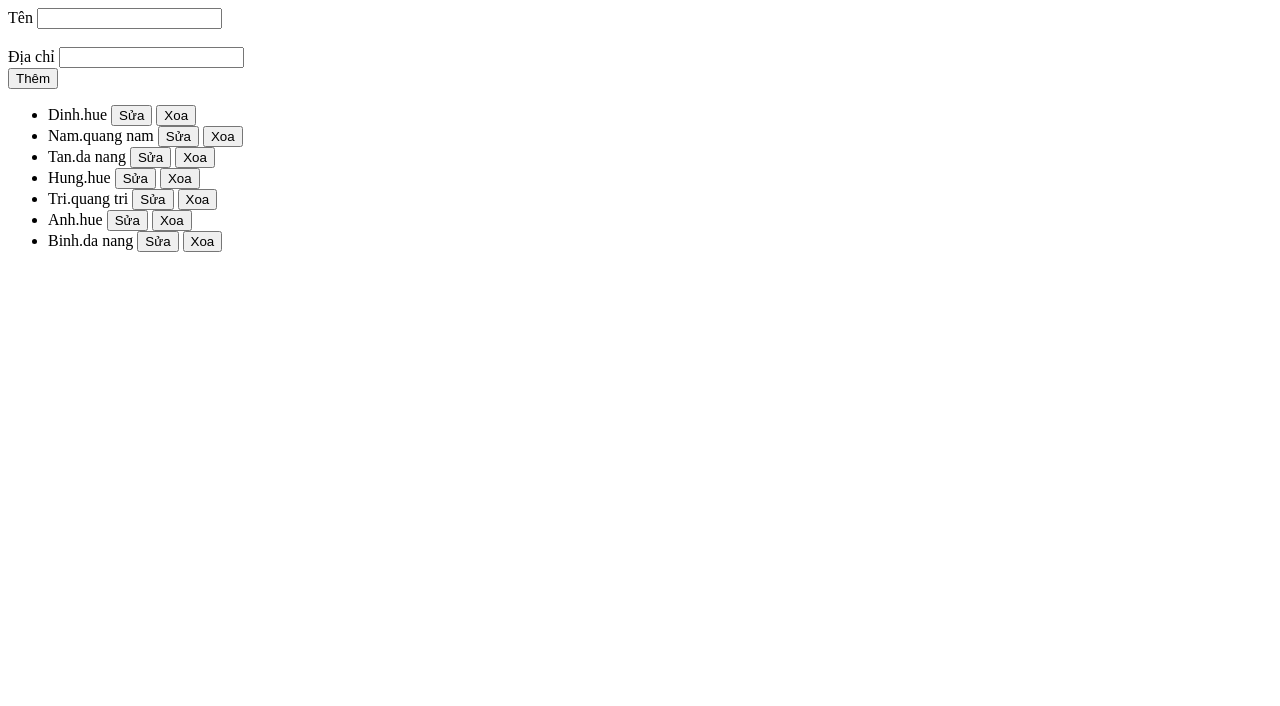
Repository: ThuatDev/NV-D-JS
Page: index.html
An editor plug-in stored every save of this project. The page is shown before and after the next save, followed by the edit.
The browser window is 1280 px wide. The pictures show the whole page.

Above is the page before, as saved 2023-12-30 05:16:37.

After the next save:
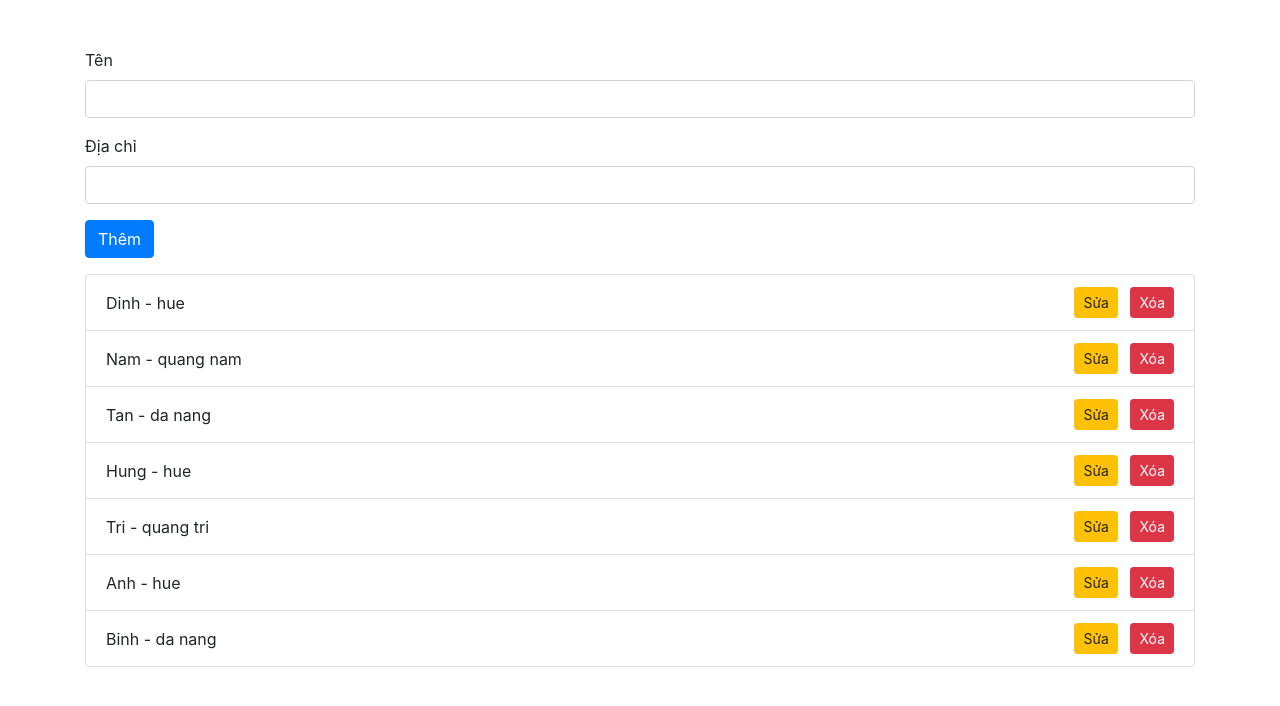
Saved 112 s later.
--- a/index.html
+++ b/index.html
@@ -5,30 +5,49 @@
     <meta http-equiv="X-UA-Compatible" content="IE=edge" />
     <meta name="viewport" content="width=device-width, initial-scale=1.0" />
     <title>Sinh viên</title>
+    <!-- Bootstrap CSS -->
+    <link
+      rel="stylesheet"
+      href="https://stackpath.bootstrapcdn.com/bootstrap/4.3.1/css/bootstrap.min.css"
+    />
     <script src="https://code.jquery.com/jquery-3.6.4.min.js"></script>
+    <!-- Bootstrap JS and Popper.js -->
+    <script src="https://code.jquery.com/jquery-3.3.1.slim.min.js"></script>
+    <script src="https://cdnjs.cloudflare.com/ajax/libs/popper.js/1.14.7/umd/popper.min.js"></script>
+    <script src="https://stackpath.bootstrapcdn.com/bootstrap/4.3.1/js/bootstrap.min.js"></script>
   </head>
 
   <body>
-    <form>
-      <div class="error-message"></div>
-      <div>
-        <label>Tên</label>
-        <input type="text" name="name" /><br />
-        <span class="form-message"></span>
-      </div>
-      <br />
-      <div>
-        <label>Địa chỉ</label>
-        <input type="text" name="address" /><br />
-        <span class="form-message"></span>
-      </div>
-      <div>
-        <button id="create">Thêm</button>
-        <button style="display: none" id="update">Sửa</button>
-      </div>
-    </form>
+    <div class="container mt-5">
+      <form>
+        <div class="form-group">
+          <label for="name">Tên</label>
+          <input type="text" class="form-control" id="name" name="name" />
+          <span class="form-message"></span>
+        </div>
+        <div class="form-group">
+          <label for="address">Địa chỉ</label>
+          <input type="text" class="form-control" id="address" name="address" />
+          <span class="form-message"></span>
+        </div>
+        <div class="form-group">
+          <button type="button" class="btn btn-primary" id="create">
+            Thêm
+          </button>
+          <button
+            style="display: none"
+            type="button"
+            class="btn btn-success"
+            id="update"
+          >
+            Sửa
+          </button>
+        </div>
+      </form>
 
-    <ul id="list-students"></ul>
+      <ul class="list-group" id="list-students"></ul>
+    </div>
+
     <script src="scrip.js"></script>
     <script>
       $(document).ready(function () {
@@ -44,28 +63,30 @@
 
         const form = $("form");
         const formMessageElement = $(".form-message");
-        const nameInput = $('input[name="name"]');
-        const addressInput = $('input[name="address"]');
+        const nameInput = $("#name");
+        const addressInput = $("#address");
         const createButton = $("#create");
         const updateButton = $("#update");
-        const lisStudents = $("#list-students");
+        const listStudents = $("#list-students");
+
         let currentIndex = -1;
         let isEditing = false;
 
-        const validateInput = (name, address) =>
-          name.trim() !== "" && address.trim() !== "";
-
-        const formMessages = ["vui long nhap day du thong tin"];
+        function validateInput(name, address) {
+          return name.trim() !== "" && address.trim() !== "";
+        }
 
         function displayStudent() {
-          lisStudents.html(
+          listStudents.html(
             students
               .map(
                 (student) => `
-            <li>
-              ${student.name}.${student.address}
-              <button class='edit' data-index="${student.id}">Sửa</button>
-              <button class='delete' data-index="${student.id}">Xoa</button>
+            <li class="list-group-item d-flex justify-content-between align-items-center">
+              ${student.name} - ${student.address}
+              <div>
+                <button type="button" class="btn btn-warning btn-sm mr-2 edit" data-index="${student.id}">Sửa</button>
+                <button type="button" class="btn btn-danger btn-sm delete" data-index="${student.id}">Xóa</button>
+              </div>
             </li>
           `
               )
@@ -73,7 +94,7 @@
           );
         }
 
-        const addStudent = (name, address) => {
+        function addStudent(name, address) {
           students.push({
             id: (students.length + 1).toString(),
             name,
@@ -82,7 +103,7 @@
 
           displayStudent();
           clearForm();
-        };
+        }
 
         function editStudent(index) {
           const student = students.find((s) => s.id === index);
@@ -95,7 +116,7 @@
           updateButton.css("display", "inline");
         }
 
-        const updateStudent = (name, address) => {
+        function updateStudent(name, address) {
           if (currentIndex !== -1) {
             const student = students.find((s) => s.id === currentIndex);
             student.name = name;
@@ -107,18 +128,18 @@
             createButton.css("display", "inline");
             updateButton.css("display", "none");
           }
-        };
+        }
 
-        const deleteStudent = (index) => {
+        function deleteStudent(index) {
           const studentIndex = students.findIndex((s) => s.id == index);
           students.splice(studentIndex, 1);
           displayStudent();
-        };
+        }
 
-        const clearForm = () => {
+        function clearForm() {
           nameInput.val("");
           addressInput.val("");
-        };
+        }
 
         form.on("submit", function (event) {
           event.preventDefault();
@@ -131,14 +152,19 @@
           } else {
             displayMessage(
               formMessageElement,
-              "vui long nhap day du thong tin"
+              "Vui lòng nhập đầy đủ thông tin."
             );
           }
         });
 
-        lisStudents.on("click", "button", function () {
+        listStudents.on("click", ".edit", function () {
           const index = $(this).data("index");
-          $(this).hasClass("edit") ? editStudent(index) : deleteStudent(index);
+          editStudent(index);
+        });
+
+        listStudents.on("click", ".delete", function () {
+          const index = $(this).data("index");
+          deleteStudent(index);
         });
 
         const displayMessage = (element, message) => element.text(message);
